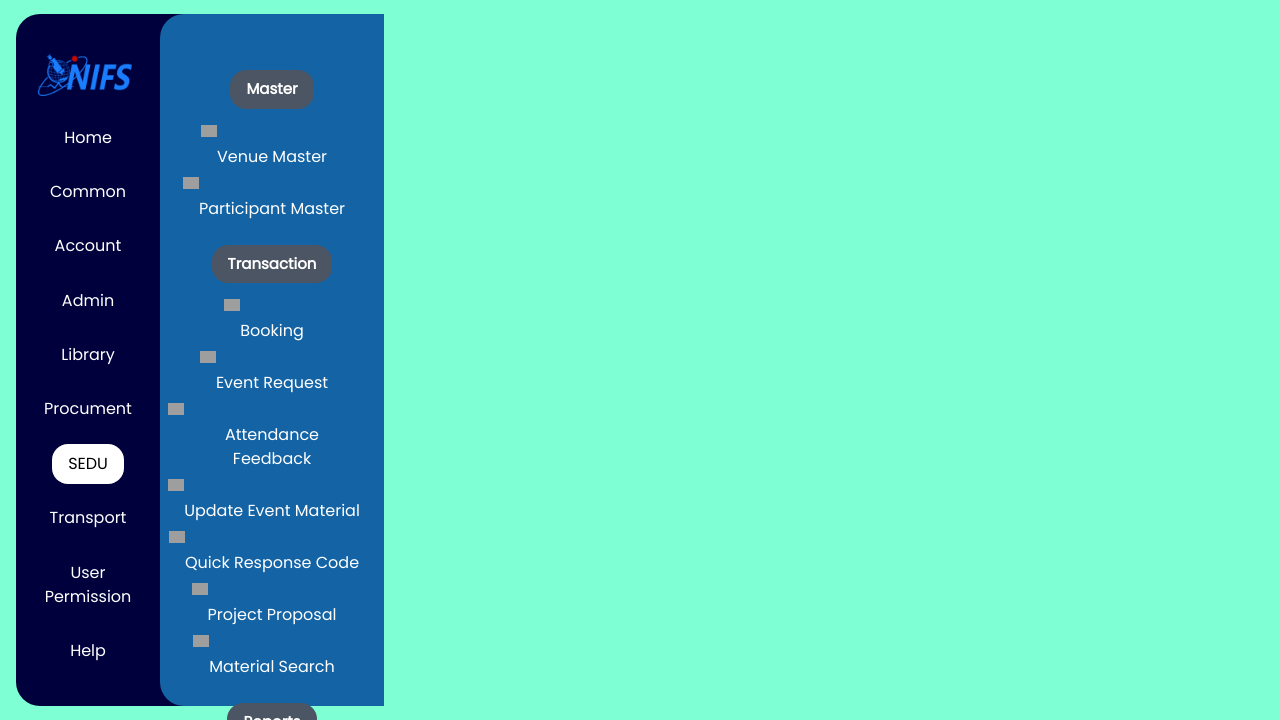
Repository: virangaj/NIFS-WebApp
Page: /sedu (app in client/)
An editor plug-in stored every save of this project. The page is shown before and after the next save, followed by the edit.
The browser window is 1280 px wide. The pictures show the whole page.
Pictures or frames that could not be fetched are drawn as grey boxes. The project was rebuilt for these pictures with package versions that can differ from the ones it lists, and the page was loaded fresh each time. Also part of the build but not shown: client/src/pages/Login.tsx, client/src/pages/Home.tsx, client/src/components/Transport/shared/TransportNavbar.js, client/src/pages/TransportMainPage.tsx, client/src/pages/CommonMainPage.tsx, client/src/pages/AccountMainPage.tsx, client/src/pages/AdminMainPage.tsx, client/src/pages/LibraryMainPage.js and 15 more.

Above is the page before, as saved 2022-07-30 23:27:17.

### client/public/index.html
<!DOCTYPE html>
<html lang="en">
	<head>
		<meta charset="utf-8" />
		<link rel="icon" href="nifs_logo.png" />
		<meta name="viewport" content="width=device-width, initial-scale=1" />
		<meta name="theme-color" content="#000000" />
		<meta
			name="description"
			content="Web site created using create-react-app"
		/>
		<link rel="apple-touch-icon" href="%PUBLIC_URL%/logo192.png" />
		<!--
      manifest.json provides metadata used when your web app is installed on a
      user's mobile device or desktop. See https://developers.google.com/web/fundamentals/web-app-manifest/
    -->
		<link rel="manifest" href="%PUBLIC_URL%/manifest.json" />
		<!--
      Notice the use of %PUBLIC_URL% in the tags above.
      It will be replaced with the URL of the `public` folder during the build.
      Only files inside the `public` folder can be referenced from the HTML.

      Unlike "/favicon.ico" or "favicon.ico", "%PUBLIC_URL%/favicon.ico" will
      work correctly both with client-side routing and a non-root public URL.
      Learn how to configure a non-root public URL by running `npm run build`.
    -->
		<link
			href="https://fonts.googleapis.com/css?family=Poppins"
			rel="stylesheet"
		/>
		<title>NIFS Dashboard</title>
	</head>
	<body>
		<noscript>You need to enable JavaScript to run this app.</noscript>
		<div id="root"></div>
		<!--
      This HTML file is a template.
      If you open it directly in the browser, you will see an empty page.

      You can add webfonts, meta tags, or analytics to this file.
      The build step will place the bundled scripts into the <body> tag.

      To begin the development, run `npm start` or `yarn start`.
      To create a production bundle, use `npm run build` or `yarn build`.
    -->
	</body>
</html>

### client/src/index.css
@tailwind base;
@tailwind components;
@tailwind utilities;

* {
  margin: 0;
}

body {
  font-family: 'Poppins';
  -webkit-font-smoothing: antialiased;
  -moz-osx-font-smoothing: grayscale;
  background-color: aliceblue;

}

::-webkit-scrollbar {
  display: none;
}


:root {
  --main-navbar-back: #00003c;
  --nav-title-section-back: rgba(47, 163, 72, 0.589);
  --white: #fff;
  --black: #000;
  --gray: rgba(68, 68, 68, 0.432);
  --border-radius: 10px;
  --pimary: rgb(10, 94, 133);
  --warning: #ed3d63;
  --secondary-nav-color: rgb(19, 99, 165);
}


.nav-logo {
  width: 100px;
  height: auto;
  margin-bottom: 2vh;
}

a {
  text-decoration: none;
}

.border-l-rounded {}

/* main navbar */
.main-nav-bg {
  background-color: var(--main-navbar-back) !important;
}

.main-navbar {
  background-color: var(--main-navbar-back) !important;
  width: 100% !important;
  height: 80px !important;

}

/* secondary navbar */

.sec-nav-bg {
  background-color: var(--secondary-nav-color);
}

.secondary-navbar {
  margin: auto;
}

.nav-flex-section {
  display: -webkit-flex;
  display: -ms-flexbox;
  display: flex;
  -webkit-flex-wrap: wrap;
  -ms-flex-wrap: wrap;
  flex-wrap: wrap;
  justify-content: center;
}

.nav-flex-inside {
  margin-left: 5px;
  margin-left: 5px;
}

.nav-title {
  font-size: 15px;
  text-align: center;
  color: var(--white);
  font-weight: 600;

}

.nav-title-section {
  border-radius: var(--border-radius);
  background-color: var(--nav-title-section-back);
  box-shadow: rgba(100, 100, 111, 0.2) 0px 7px 29px 0px;
  pointer-events: none;
  margin-left: 10px;
  margin-left: 10px;
}

.nav-icon {
  width: 40px;
}

.nav-link {
  display: flex;
  display: -webkit-flex;
  display: -ms-flexbox;
  flex-direction: column;
  align-items: center;
  font-size: 14px;
  margin-left: 5px;
  margin-right: 5px;
  border: none;
  box-shadow: rgba(100, 100, 111, 0.2) 0px 7px 29px 0px;
  padding: 4px 8px 6px 8px;
  margin-bottom: 10px;
  text-align: center;
  width: 125px;
  border-radius: var(--border-radius);
  background-color: var(--white);
  outline: none;
  min-height: 120px;
}

.nav-link:hover {
  color: var(--pimary);
  cursor: pointer;
  box-shadow: rgba(81, 146, 177, 0.2) 0px 7px 29px 0px;
  background-color: rgb(254, 255, 205);
  border-bottom: 2px solid var(--warning);
}


.nav-link:active {
  color: var(--pimary);
  cursor: pointer;
  box-shadow: rgba(81, 146, 177, 0.2) 0px 7px 29px 0px;
  background-color: rgb(205, 248, 255);
  border-bottom: 2px solid var(--warning);
}

.nav-link-active {
  color: var(--pimary);
  cursor: pointer;
  box-shadow: rgba(81, 146, 177, 0.2) 0px 7px 29px 0px;
  background-color: rgb(205, 248, 255);
  border-bottom: 2px solid var(--warning);
}

/* body content*/
.body-content {
  margin: auto;
  width: 90%;
  margin-top: 12vh;

}

/* main page content */
.main-content {
  width: 90%;
  margin: auto;
  margin-top: 20px;
}

/* sub page content */

.sub-body-content {
  border: 2px solid var(--gray);
  border-radius: var(--border-radius);
  padding: 10px;
}

.sub-body-title {
  font-size: 24px;
}



/* error page */
.error-page {
  border: 2px solid var(--gray);
  border-radius: var(--border-radius);
  height: 50vh;
  width: 50vw;
  margin: auto;
  margin-top: 50px;
}

.error-page-content {
  display: flex;
  flex-direction: column;
  align-items: center;
  text-align: center !important;
  margin-top: 50px;
}

.error-page-content h1 {
  font-size: 100px;
  color: var(--warning);
  font-weight: 700;
  pointer-events: none;

}

.error-page-content p {
  font-size: 20px;
  margin-bottom: 20px;
  pointer-events: none;
}


@media screen and (max-width: 1366px) {
  body {
    background-color: aquamarine;
  }

  .nav-link {
    font-size: 12px;
    padding: 4px 4px 6px 4px;
    width: 100px;
    min-height: 100px;
  }

  .nav-icon {
    width: 35px;
  }
}

### client/src/App.tsx
import React, { useEffect } from 'react';
import Navbar from './components/shared/Navbar';
import Login from './pages/Login'
import { BrowserRouter as Router, Route, Routes } from 'react-router-dom'
import Home from './pages/Home';
import TransportMainPage from './pages/TransportMainPage';
import CommonMainPage from './pages/CommonMainPage';
import AccountMainPage from './pages/AccountMainPage';
import AdminMainPage from './pages/AdminMainPage';
import LibraryMainPage from './pages/LibraryMainPage';
import ProcumentMainPage from './pages/ProcumentMainPage';
import SeduMainPage from './pages/SeduMainPage';
import UserPermissionMainPage from './pages/UserPermissionMainPage';
import NotificationMainPage from './pages/NotificationMainPage';
import HelpMainPage from './pages/HelpMainPage';
import ErrorPage from './pages/ErrorPage';
import VerticalMainNavbar from './components/shared/VerticalMainNavbar';


function App() {


  return (
    <div className='w-[98%] flex mx-auto flex-col h-[100vh]'>
      <Router>
        {/* <Navbar /> */}
        <div>
          <VerticalMainNavbar />
        </div>
        <div className='overflow-y-scroll ml-4 scroll-bar'>
          <Routes>
            <Route path="/login" element={<Login />} />
            <Route path="/" element={<Home />} />
            <Route path="/common/*" element={<CommonMainPage />} />
            <Route path="/account/*" element={<AccountMainPage />} />
            <Route path="/admin/*" element={<AdminMainPage />} />
            <Route path="/library/*" element={<LibraryMainPage />} />
            <Route path="/procument/*" element={<ProcumentMainPage />} />
            <Route path="/sedu/*" element={<SeduMainPage />} />
            <Route path="/transport/*" element={<TransportMainPage />} />
            <Route
              path="/user-permission/*"
              element={<UserPermissionMainPage />}
            />
            <Route
              path="/notification/*"
              element={<NotificationMainPage />}
            />
            <Route path="/help/*" element={<HelpMainPage />} />
            <Route path="/error-404" element={<ErrorPage />} />
          </Routes>
        </div>


      </Router>
    </div>
  );
}

export default App;

### client/src/pages/SeduMainPage.tsx
import React from 'react';
import { Route, Routes } from 'react-router-dom';
import AttendanceFeedback from '../components/sedu/AttendanceFeedback';
import EventRequest from '../components/sedu/EventRequest';
import MaterialSearch from '../components/sedu/MaterialSearch';
import ParticipantMaster from '../components/sedu/ParticipantMaster';
import ProjectProposal from '../components/sedu/ProjectProposal';
import QuickResponseCode from '../components/sedu/QuickResponseCode';
import SeduBooking from '../components/sedu/SeduBooking';
import SeduReportGenerator from '../components/sedu/SeduReportGenerator';
import SeduSecondaryNavbar from '../components/sedu/shared/SeduSecondaryNavbar';
import UpdateEventMaterial from '../components/sedu/UpdateEventMaterial';
import VenueMaster from '../components/sedu/VenueMaster';
import SecondaryNavbar from '../components/shared/SecondaryNavbar';
import Pages from '../components/data/SeduNavData.json'
import VerticalSecondaryNavbar from '../components/shared/VerticalSecondaryNavbar';

// sedu main page where all other section of sedu department can be access from here
function SeduMainPage() {
	// console.log(Pages);


	return (

		<div className="body-position" >
			{/* <SeduSecondaryNavbar /> */}
			{/* <SecondaryNavbar pages={Pages} /> */}
			{/* <div className="main-content"> */}
			<div className='secondary-nav-position'>
				<VerticalSecondaryNavbar pages={Pages} />
			</div>
			<div>
				<Routes>
					<Route path="/venue-master" element={<VenueMaster />} />
					<Route path="/participant-master" element={<ParticipantMaster />} />
					<Route path="/booking" element={<SeduBooking />} />
					<Route path="/event-request" element={<EventRequest />} />
					<Route path="/attendance-feedback" element={<AttendanceFeedback />} />
					<Route path="/update-material" element={<UpdateEventMaterial />} />
					<Route path="/quick-response" element={<QuickResponseCode />} />
					<Route path="/project-proposal" element={<ProjectProposal />} />
					<Route path="/material-search" element={<MaterialSearch />} />
					<Route path="/report-generator" element={<SeduReportGenerator />} />

				</Routes>
			</div>
		</div >);
}

export default SeduMainPage;

### client/src/components/shared/VerticalMainNavbar.tsx
import { Button } from '@mui/material'
import React from 'react'
import { Link, useLocation } from 'react-router-dom'
import Pages from '../data/MainNavPages.json'
import { HiMenuAlt2 } from "react-icons/hi";
import Logo from '../../images/nifs_logo.png'


function VerticalMainNavbar() {

    const location: any = useLocation();

    return (
        <>
            <div className='fixed left-0 w-48 top-[2vh] main-nav-bg ml-4 rounded-l-3xl'>
                <div className='h-[96vh] w-36 flex flex-col items-center py-10 px-2'>
                    <Link to='/'>
                        <img src={Logo} alt="logo" className="nav-logo" />
                    </Link>
                    {Pages.map((page, index) => (
                        location.pathname.split('/')[1] === page.link.split('/')[1] ?
                            <Link to={page.link} style={{ textDecoration: 'none' }} key={index}>
                                <button className='bg-white my-[1vh] px-4 py-2 rounded-2xl text-black'>
                                    {page.title}
                                </button>
                            </Link>
                            :
                            <Link to={page.link} style={{ textDecoration: 'none' }} key={index}>
                                <button className='my-[1vh] px-4 py-2 rounded-2xl text-white'>

                                    {page.title}
                                </button>
                            </Link>
                    ))}
                </div>
            </div>
            {/* <div className='fixed left-0 w-24 top-[2vh] visible md:invisible main-nav-bg ml-2 rounded-l-3xl'>
                <div className='h-[96vh] w-20 flex flex-col items-center py-10 px-2'>
                    <p className='text-white text-2xl cursor-pointer'>

                        <HiMenuAlt2 />
                    </p>


                </div>
            </div> */}
        </>
    )
}

export default VerticalMainNavbar

### client/src/components/data/SeduNavData.json
[
    {
        "section": "Master",
        "only_admin": false,
        "routes": [
            {
                "title": "Venue Master",
                "link": "/sedu/venue-master",
                "img": "https://img.icons8.com/fluency/50/000000/home.png",
                "only_admin": false
            },
            {
                "title": "Participant Master",
                "link": "/sedu/participant-master",
                "img": "https://img.icons8.com/fluency/50/000000/conference-foreground-selected.png",
                "only_admin": false
            }
        ]
    },
    {
        "section": "Transaction",
        "only_admin": false,
        "routes": [
            {
                "title": "Booking",
                "link": "/sedu/booking",
                "img": "https://img.icons8.com/fluency/50/000000/calendar-plus.png",
                "only_admin": false
            },
            {
                "title": "Event Request",
                "link": "/sedu/event-request",
                "img": "https://img.icons8.com/fluency/50/000000/invite.png",
                "only_admin": false
            },
            {
                "title": "Attendance Feedback",
                "link": "/sedu/attendance-feedback",
                "img": "https://img.icons8.com/fluency/50/000000/feedback-hub.png",
                "only_admin": false
            },
            {
                "title": " Update Event Material",
                "link": "/sedu/update-material",
                "img": "https://img.icons8.com/fluency/50/000000/available-updates.png",
                "only_admin": false
            },
            {
                "title": "Quick Response Code",
                "link": "/sedu/quick-response",
                "img": "https://img.icons8.com/fluency/50/000000/barcode-scanner.png",
                "only_admin": false
            },
            {
                "title": "Project Proposal",
                "link": "/sedu/project-proposal",
                "img": "https://img.icons8.com/fluency/50/000000/documents.png",
                "only_admin": false
            },
            {
                "title": "Material Search",
                "link": "/sedu/material-search",
                "img": "https://img.icons8.com/fluency/50/000000/search.png",
                "only_admin": false
            }
        ]
    },
    {
        "section": "Reports",
        "only_admin": true,
        "routes": [
            {
                "title": "SEDU Report Generator",
                "link": "/sedu/report-generator",
                "img": "https://img.icons8.com/cute-clipart/50/000000/load-from-file.png",
                "only_admin": true
            }
        ]
    }
]

### client/src/components/shared/VerticalSecondaryNavbar.tsx
import React from 'react'
import Box from '@mui/material/Box';
import { Link, useLocation } from 'react-router-dom';
import Employees from '../data/Employee.json';

function VerticalSecondaryNavbar(props: any) {
    console.log(props.pages)
    const location = useLocation();
    const user = Employees[0];
    // const isAdmin: Boolean = user.deparment.toUpperCase() === location.pathname.split('/')[1].toUpperCase() && user.admin === true;
    const isAdmin: Boolean = true;

    console.log(isAdmin)
    const pages: any = props.pages;
    return (
        <div className='fixed left-0 w-56 top-[2vh] sec-nav-bg ml-40 rounded-l-3xl'>
            <div className='h-[96vh] flex flex-col items-center py-10 px-2'>

                {pages.map((content: any, index: number) =>
                    <>
                        <div className='my-4 bg-gray-600 py-2 px-4 rounded-2xl '>
                            <p className='nav-title'>{content.section}</p>
                        </div>
                        {content.routes.map((page: any, i: number) => (
                            isAdmin ? <Link to={page.link} key={i}>
                                <div>
                                    <img src={page.img} alt={page.title} className='w-4' />
                                    <button className={location.pathname === page.link ? 'px-4 py-2 rounded-2xl text-black hover:text-yellow-300' : 'text-white px-4 py-2 hover:text-yellow-300'}>{page.title}</button>
                                </div>
                            </Link> : (!page.only_admin ? <Link to={page.link} key={i}>
                                <button className={location.pathname === page.link ? 'px-4 py-2 rounded-2xl text-black' : 'text-white px-4 py-2'}>{page.title}</button>
                            </Link> : "")
                        ))}
                    </>

                )}

            </div>

        </div>
    )
}

export default VerticalSecondaryNavbar

### client/src/components/data/MainNavPages.json
[
    {
        "id": 0,
        "title": "Home",
        "link": "/"
    },
    {
        "id": 1,
        "title": "Common",
        "link": "/common"
    },
    {
        "id": 2,
        "title": "Account",
        "link": "/account"
    },
    {
        "id": 3,
        "title": "Admin",
        "link": "/admin"
    },
    {
        "id": 4,
        "title": "Library",
        "link": "/library"
    },
    {
        "id": 5,
        "title": "Procument",
        "link": "/procument"
    },
    {
        "id": 6,
        "title": "SEDU",
        "link": "/sedu"
    },
    {
        "id": 7,
        "title": "Transport",
        "link": "/transport"
    },
    {
        "id": 8,
        "title": "User Permission",
        "link": "/user-permission"
    },
    {
        "id": 10,
        "title": "Help",
        "link": "/help"
    }
]

### client/src/components/data/Employee.json
[
    {
        "id": 0,
        "value": "Mr. Kamal",
        "admin": true,
        "deparment": "Transpoort"
    },
    {
        "id": 1,
        "value": "Mr. Sunil",
        "admin": true,
        "deparment": "SEDU"
    },
    {
        "id": 2,
        "value": "Mr. Kusal",
        "admin": false,
        "deparment": "Transpoort"
    },
    {
        "id": 3,
        "value": "Mrs. Nayana",
        "admin": false,
        "deparment": "SEDU"
    },
    {
        "id": 4,
        "value": "Miss Rashmi",
        "admin": false,
        "deparment": "Transpoort"
    }
]

Loaded but not shown: client/src/index.tsx (common file); client/src/reportWebVitals.ts (common file); client/tailwind.config.js (common file)

After the next save:
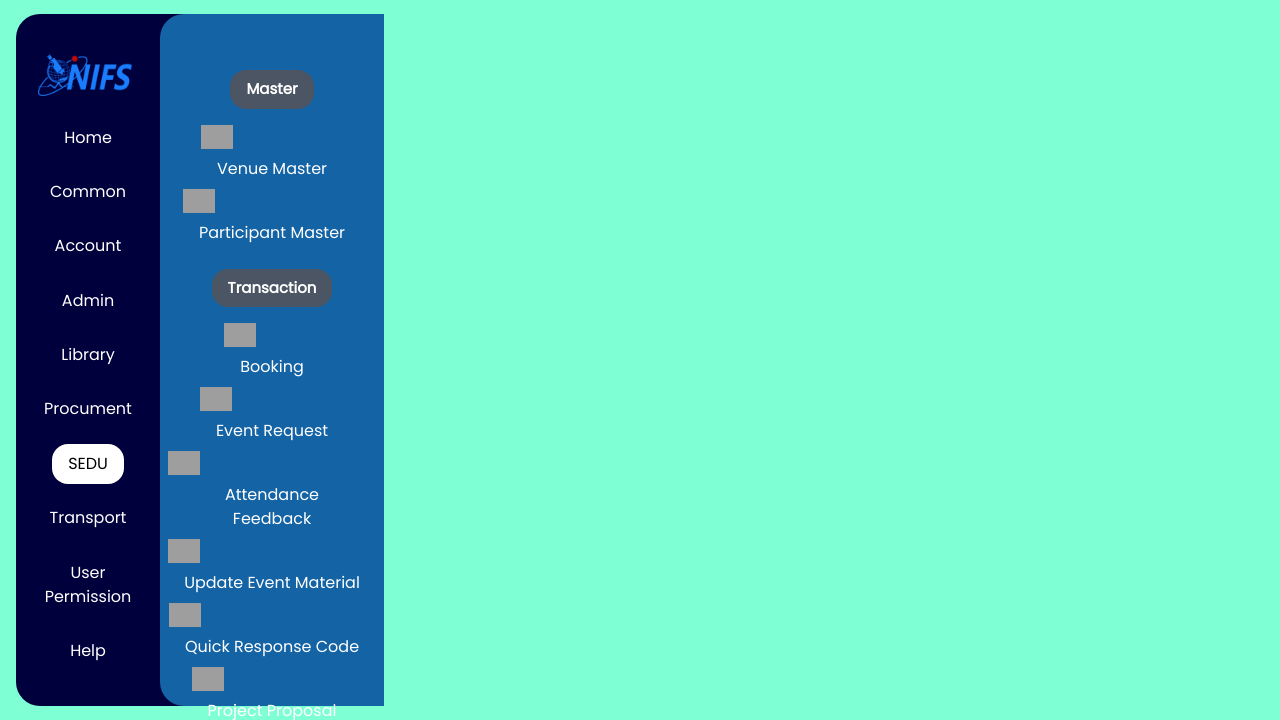
Saved 9 s later.
--- a/client/src/components/shared/VerticalSecondaryNavbar.tsx
+++ b/client/src/components/shared/VerticalSecondaryNavbar.tsx
@@ -24,7 +24,7 @@ function VerticalSecondaryNavbar(props: any) {
                         {content.routes.map((page: any, i: number) => (
                             isAdmin ? <Link to={page.link} key={i}>
                                 <div>
-                                    <img src={page.img} alt={page.title} className='w-4' />
+                                    <img src={page.img} alt={page.title} className='w-8' />
                                     <button className={location.pathname === page.link ? 'px-4 py-2 rounded-2xl text-black hover:text-yellow-300' : 'text-white px-4 py-2 hover:text-yellow-300'}>{page.title}</button>
                                 </div>
                             </Link> : (!page.only_admin ? <Link to={page.link} key={i}>
